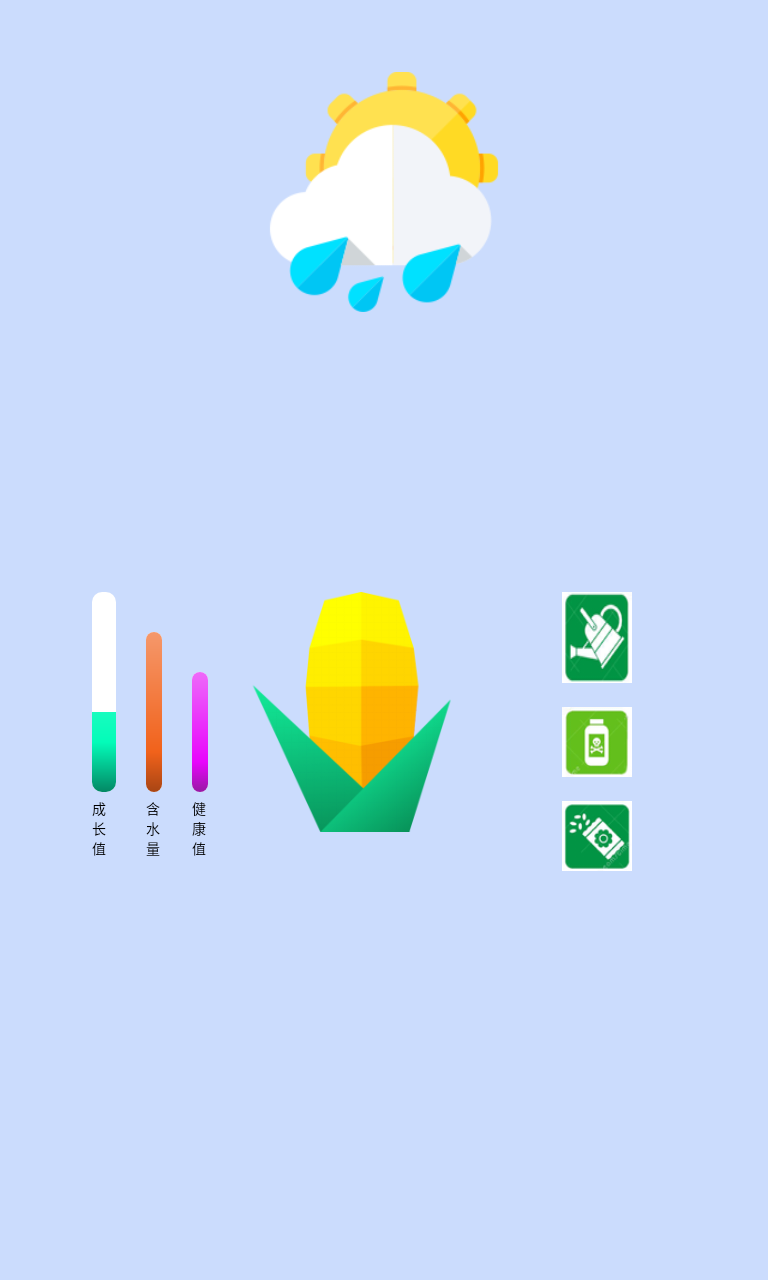
Repository: DraceWang/YumiTianqi
Layout: YumiTianqi/res/layout/fragment_main.xml
These files come from the project's save history. The layout is drawn as it stood at one moment and after the next save; the edit follows.
It is drawn on a 768 x 1280 px phone screen (xhdpi) without system bars, with theme AppTheme; the app's code is not run. Lists and similar views that code fills are empty.

Above is the layout before, as saved 2015-05-21 03:21:03.

### YumiTianqi/res/layout/fragment_main.xml
<RelativeLayout xmlns:android="http://schemas.android.com/apk/res/android"
    xmlns:tools="http://schemas.android.com/tools"
    android:layout_width="match_parent"
    android:layout_height="match_parent"
    android:background="#cbdcfd"
    android:paddingBottom="@dimen/activity_vertical_margin"
    android:paddingLeft="@dimen/activity_horizontal_margin"
    android:paddingRight="@dimen/activity_horizontal_margin"
    android:paddingTop="@dimen/activity_vertical_margin"
    tools:context="com.boyumi.yumitianqi.MainActivity$PlaceholderFragment" >

    <TextView
        android:id="@+id/CityName"
        android:layout_width="wrap_content"
        android:layout_height="wrap_content"
        android:layout_marginLeft="20dp"
        android:layout_marginTop="20dp"
        android:textColor="#000"
        android:textSize="15sp" />

    <TextView
        android:id="@+id/currentTemperature"
        android:layout_width="wrap_content"
        android:layout_height="wrap_content"
        android:layout_alignParentRight="true"
        android:layout_alignTop="@+id/CityName"
        android:layout_marginRight="20dp"
        android:textColor="#000"
        android:textSize="15sp" />

    <ImageView
        android:id="@+id/WeatherIcon"
        android:layout_width="120dp"
        android:layout_height="120dp"
        android:layout_alignTop="@+id/CityName"
        android:layout_centerHorizontal="true"
        android:src="@drawable/sunnyrain" />

    <TextView
        android:id="@+id/WeatherCondition"
        android:layout_width="wrap_content"
        android:layout_height="wrap_content"
        android:layout_below="@+id/WeatherIcon"
        android:layout_centerHorizontal="true"
        android:layout_marginTop="5dp"
        android:textColor="#000"
        android:textSize="15sp" />

    <TextView
        android:id="@+id/date"
        android:layout_width="wrap_content"
        android:layout_height="wrap_content"
        android:layout_alignParentBottom="true"
        android:layout_alignParentRight="true"
        android:layout_marginBottom="2dp"
        android:layout_marginRight="5dp"
        android:textColor="#666"
        android:textSize="7sp" />

    <TableLayout
        android:id="@+id/btn_AQ"
        android:layout_width="60dp"
        android:layout_height="wrap_content"
        android:layout_above="@+id/body"
        android:layout_marginBottom="-100dp"
        android:layout_marginLeft="10dp" >

        <TableRow
            android:layout_width="wrap_content"
            android:layout_height="wrap_content" >

            <TextView
                android:id="@+id/AQ_title"
                android:layout_width="60dp"
                android:layout_height="20dp"
                android:layout_alignParentLeft="true"
                android:gravity="center"
                android:textSize="8sp" />
        </TableRow>

        <TableRow
            android:layout_width="wrap_content"
            android:layout_height="wrap_content" >

            <TextView
                android:id="@+id/AQ_content"
                android:layout_width="60dp"
                android:layout_height="20dp"
                android:layout_below="@+id/AQ_title"
                android:gravity="center" />
        </TableRow>
    </TableLayout>

    <HorizontalScrollView
        android:id="@+id/body"
        android:layout_width="wrap_content"
        android:layout_height="match_parent"
        android:layout_alignParentBottom="true"
        android:layout_below="@+id/WeatherIcon"
        android:layout_centerHorizontal="true"
        android:layout_marginTop="100dp"
        android:scrollbars="none" >

        <LinearLayout
            android:layout_width="wrap_content"
            android:layout_height="wrap_content"
            android:orientation="horizontal" >

            <RelativeLayout
                android:layout_width="320dp"
                android:layout_height="180dp"
                android:paddingLeft="15dp" >

                <ImageView
                    android:id="@+id/cron"
                    android:layout_width="120dp"
                    android:layout_height="120dp"
                    android:layout_centerHorizontal="true"
                    android:layout_marginTop="40dp"
                    android:src="@drawable/cron" />

                <ProgressBar
                    android:id="@+id/progressBar_gv"
                    style="?android:attr/progressBarStyleHorizontal"
                    android:layout_width="12dp"
                    android:layout_height="100dp"
                    android:layout_alignTop="@+id/cron"
                    android:layout_marginLeft="15dp"
                    android:max="200"
                    android:progress="80"
                    android:progressDrawable="@drawable/mybar_gv" />

                <ProgressBar
                    android:id="@+id/progressBar_wv"
                    style="?android:attr/progressBarStyleHorizontal"
                    android:layout_width="8dp"
                    android:layout_height="80dp"
                    android:layout_above="@+id/Date"
                    android:layout_alignBottom="@+id/progressBar_gv"
                    android:layout_marginLeft="15dp"
                    android:layout_toRightOf="@+id/progressBar_gv"
                    android:max="50"
                    android:progress="80"
                    android:progressDrawable="@drawable/mybar_wv" />

                <ProgressBar
                    android:id="@+id/progressBar_hv"
                    style="?android:attr/progressBarStyleHorizontal"
                    android:layout_width="8dp"
                    android:layout_height="60dp"
                    android:layout_above="@+id/Date"
                    android:layout_alignBottom="@+id/progressBar_gv"
                    android:layout_marginLeft="15dp"
                    android:layout_toRightOf="@+id/progressBar_wv"
                    android:max="10"
                    android:progress="80"
                    android:progressDrawable="@drawable/mybar_hv" />

                <ImageButton
                    android:id="@+id/imageButton_water"
                    android:layout_width="35dp"
                    android:layout_height="35dp"
                    android:layout_above="@+id/imageButton_bug"
                    android:layout_alignParentRight="true"
                    android:layout_alignTop="@+id/cron"
                    android:layout_marginBottom="12dp"
                    android:layout_marginRight="20dp"
                    android:background="@drawable/water"
                    android:onClick="water"
                    android:scaleType="fitCenter" />

                <ImageButton
                    android:id="@+id/imageButton_bug"
                    android:layout_width="35dp"
                    android:layout_height="35dp"
                    android:layout_above="@+id/imageButton_feiliao"
                    android:layout_alignLeft="@+id/imageButton_water"
                    android:layout_alignParentRight="true"
                    android:layout_marginBottom="12dp"
                    android:layout_marginRight="20dp"
                    android:background="@drawable/bug"
                    android:scaleType="fitCenter" />

                <ImageButton
                    android:id="@+id/imageButton_feiliao"
                    android:layout_width="35dp"
                    android:layout_height="35dp"
                    android:layout_alignBottom="@+id/cron"
                    android:layout_alignLeft="@+id/imageButton_water"
                    android:layout_alignParentRight="true"
                    android:layout_marginBottom="-20dp"
                    android:layout_marginRight="20dp"
                    android:background="@drawable/feiliao"
                    android:scaleType="fitCenter" />

                <TextView
                    android:id="@+id/grown"
                    android:layout_width="12dp"
                    android:layout_height="wrap_content"
                    android:layout_alignLeft="@+id/progressBar_gv"
                    android:layout_below="@+id/progressBar_gv"
                    android:layout_marginTop="3dp"
                    android:text="成长值"
                    android:textColor="#000"
                    android:textSize="7sp" />

                <TextView
                    android:id="@+id/water"
                    android:layout_width="8dp"
                    android:layout_height="wrap_content"
                    android:layout_alignLeft="@+id/progressBar_wv"
                    android:layout_below="@+id/progressBar_wv"
                    android:layout_marginTop="3dp"
                    android:text="含水量"
                    android:textColor="#000"
                    android:textSize="7sp" />

                <TextView
                    android:id="@+id/healthy"
                    android:layout_width="8dp"
                    android:layout_height="wrap_content"
                    android:layout_alignLeft="@+id/progressBar_hv"
                    android:layout_below="@+id/progressBar_hv"
                    android:layout_marginTop="3dp"
                    android:text="健康值"
                    android:textColor="#000"
                    android:textSize="7sp" />
            </RelativeLayout>

            <ListView
                android:id="@+id/forecast"
                android:layout_width="320dp"
                android:layout_height="wrap_content"
                android:layout_marginLeft="30dp"
                android:layout_marginTop="40dp"
                android:paddingRight="15dp" >
            </ListView>
        </LinearLayout>
    </HorizontalScrollView>

</RelativeLayout>

### YumiTianqi/res/drawable-mdpi/mybar_gv.xml
<?xml version="1.0" encoding="utf-8"?>
<layer-list xmlns:android="http://schemas.android.com/apk/res/android" >
    <item android:id="@android:id/background" >
        <shape>
            <corners android:radius="5dip" />
            <gradient
                	android:startColor="#ffffff"
                    android:centerColor="#ffffff"
                    android:endColor="#ffffff"
                    android:angle="270"
            />
        </shape>
    </item>

     <item android:id="@android:id/progress">
        <clip android:clipOrientation="vertical"
            android:gravity="bottom">
            <shape>
                <corners android:radius="5dip" />
                <gradient
                        android:startColor="#6cfcd5"
                        android:centerColor="#03fcb9"
                        android:centerX="0.75"
                        android:endColor="#038864"
                        android:angle="270"
                />
            </shape>
        </clip>
    </item>


</layer-list>

### YumiTianqi/res/drawable-mdpi/mybar_wv.xml
<?xml version="1.0" encoding="utf-8"?>
<layer-list xmlns:android="http://schemas.android.com/apk/res/android" >
    <item android:id="@android:id/background" >
        <shape>
            <corners android:radius="5dip" />
            <gradient
                	android:startColor="#ffffff"
                    android:centerColor="#ffffff"
                    android:endColor="#ffffff"
                    android:angle="270"
            />
        </shape>
    </item>

     <item android:id="@android:id/progress">
        <clip android:clipOrientation="vertical"
            android:gravity="bottom">
            <shape>
                <corners android:radius="5dip" />
                <gradient
                        android:startColor="#f5986b"
                        android:centerColor="#f1621b"
                        android:centerX="0.75"
                        android:endColor="#a84514"
                        android:angle="270"
                />
            </shape>
        </clip>
    </item>


</layer-list>

### YumiTianqi/res/drawable-mdpi/mybar_hv.xml
<?xml version="1.0" encoding="utf-8"?>
<layer-list xmlns:android="http://schemas.android.com/apk/res/android" >
    <item android:id="@android:id/background" >
        <shape>
            <corners android:radius="5dip" />
            <gradient
                	android:startColor="#ffffff"
                    android:centerColor="#ffffff"
                    android:endColor="#ffffff"
                    android:angle="270"
            />
        </shape>
    </item>

     <item android:id="@android:id/progress">
        <clip android:clipOrientation="vertical"
            android:gravity="bottom">
            <shape>
                <corners android:radius="5dip" />
                <gradient
                        android:startColor="#ed6af9"
                        android:centerColor="#e805fc"
                        android:centerX="0.75"
                        android:endColor="#9818a4"
                        android:angle="270"
                />
            </shape>
        </clip>
    </item>


</layer-list>

Loaded but not shown: YumiTianqi/res/values/styles.xml (common file); YumiTianqi/res/values-v11/styles.xml (common file); YumiTianqi/res/values-v14/styles.xml (common file); YumiTianqi/res/values/dimens.xml (common file); YumiTianqi/res/values-w820dp/dimens.xml (common file)

After the next save:
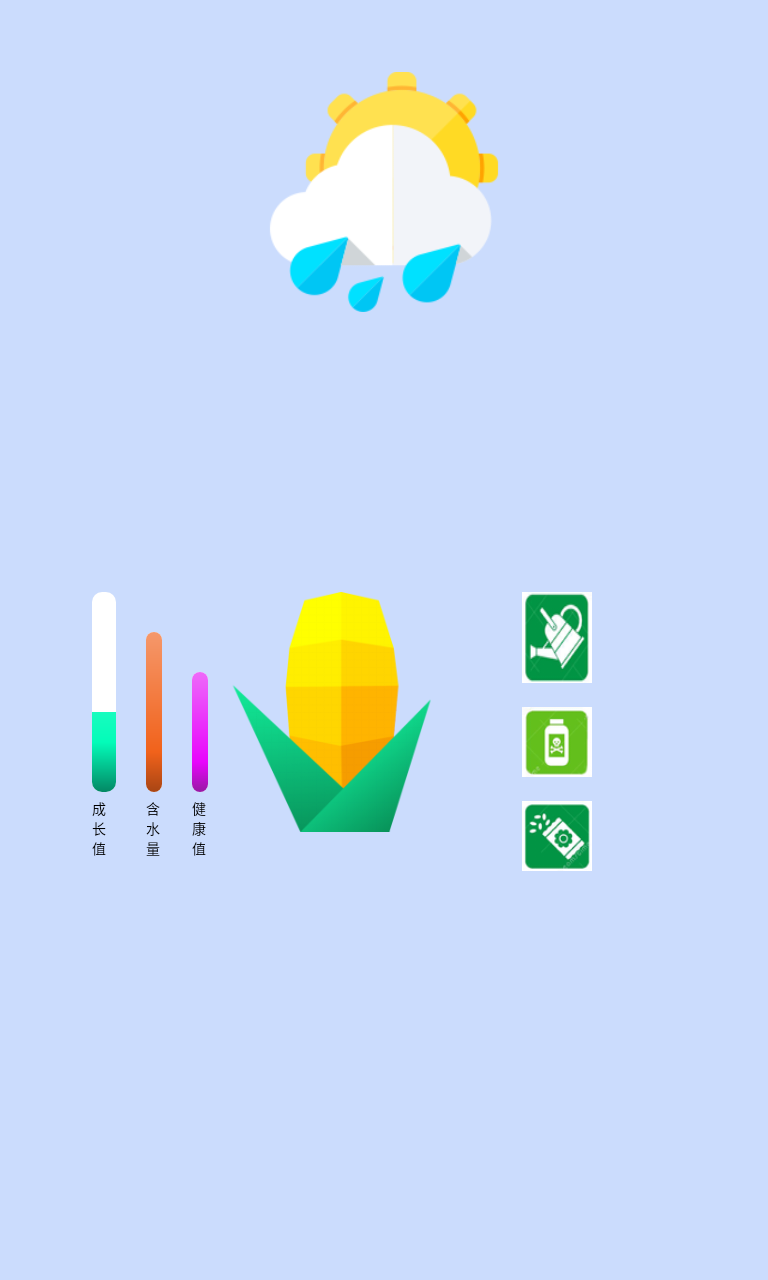
Saved 17 s later.
--- a/YumiTianqi/res/layout/fragment_main.xml
+++ b/YumiTianqi/res/layout/fragment_main.xml
@@ -107,7 +107,7 @@
             android:orientation="horizontal" >
 
             <RelativeLayout
-                android:layout_width="320dp"
+                android:layout_width="300dp"
                 android:layout_height="180dp"
                 android:paddingLeft="15dp" >
 
